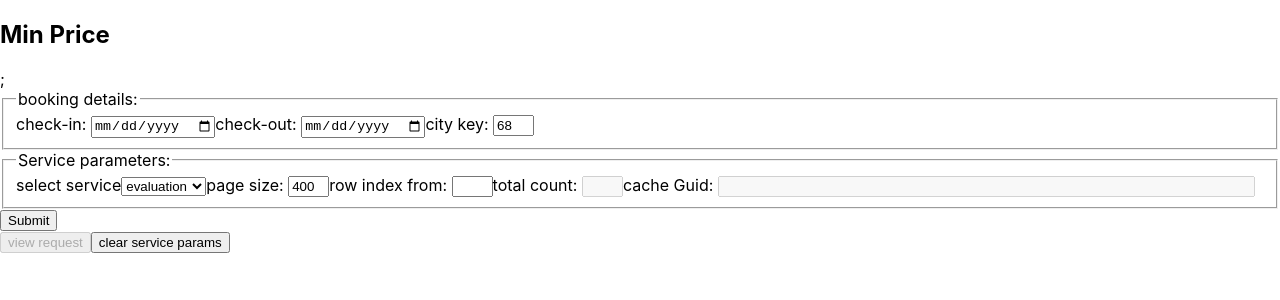
Repository: vsterev/il-test
Page: /min-price
The author's editor kept a copy of each file at every save. The page is drawn from the files as they stood at one save, then again after the next save.
The browser window is 1280 px wide. The pictures show the whole page.
The project was rebuilt for these pictures with package versions that can differ from the ones it lists, and the page was loaded fresh each time. A package was used in the major version that the imports need, not the one package.json lists. Also part of the build but not shown: src/components/error/index.jsx.

Above is the page before, as saved 2021-04-28 01:07:18.

After the next save:
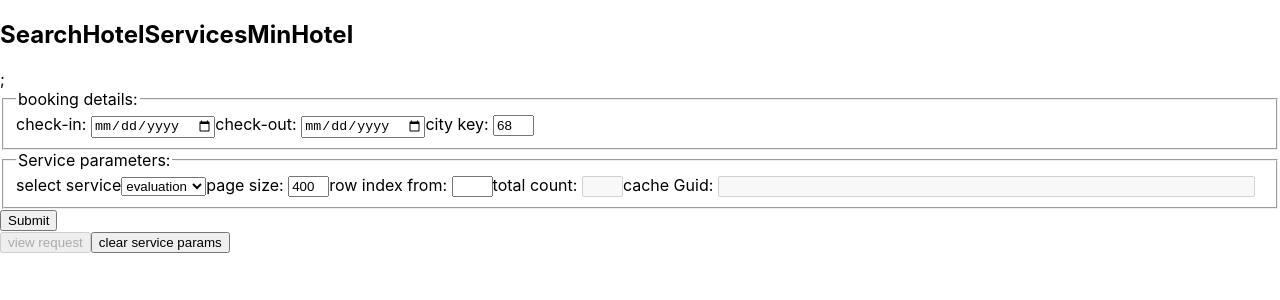
Saved 68 min 15 s later.
--- a/src/components/minPrice/index.jsx
+++ b/src/components/minPrice/index.jsx
@@ -50,7 +50,7 @@ const MinPrice = () => {
   };
   return (
     <React.Fragment>
-      <h2>Min Price</h2>;
+      <h2>SearchHotelServicesMinHotel</h2>;
       <form onSubmit={submitHandler}>
         <fieldset>
           <legend>booking details:</legend>
